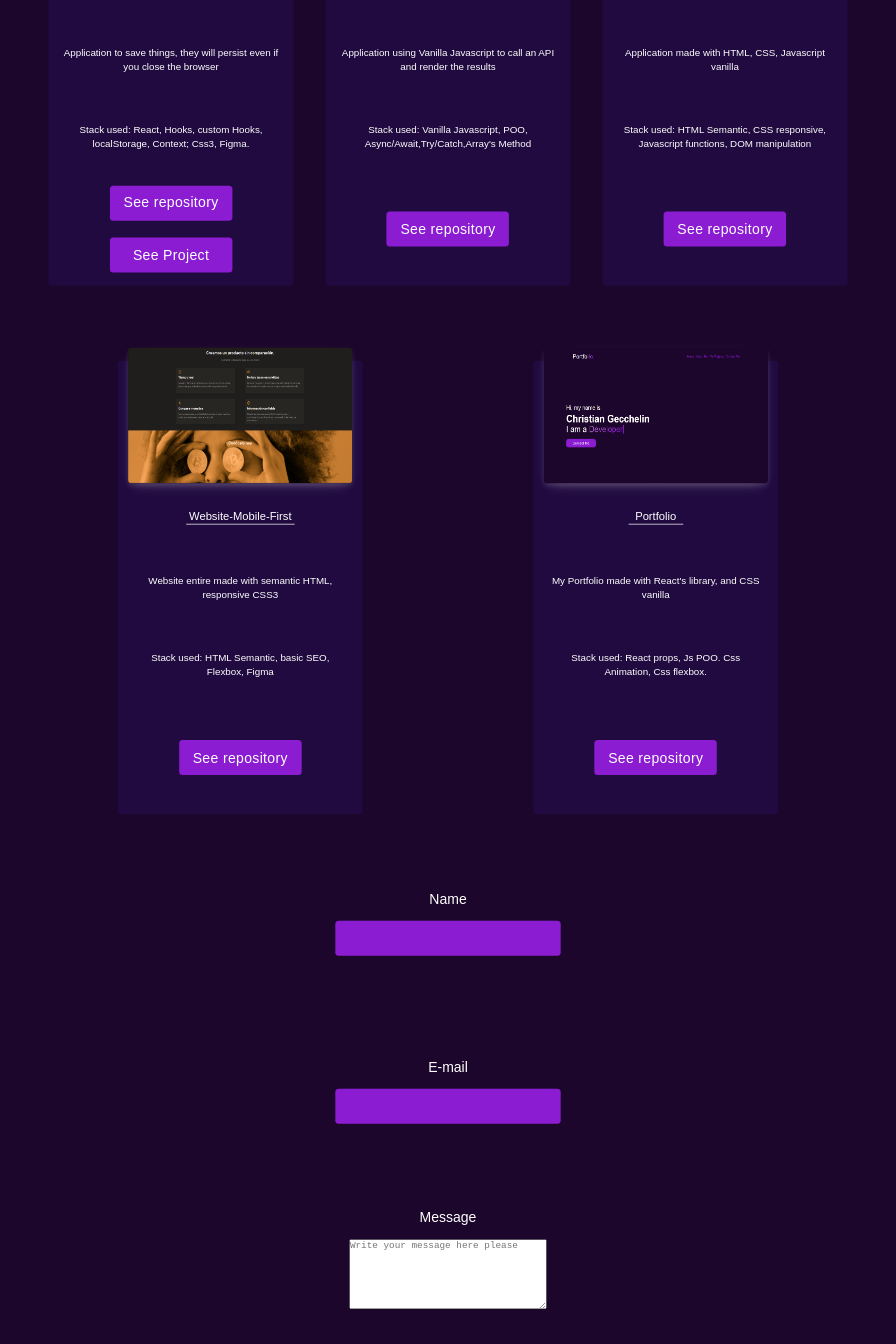
Repository: ChristianGecchelin/portfolio-web
Page: /
These files come from the project's save history. The page is drawn as it stood at one moment and after the next save; the edit follows.
The browser window is 1280 px wide. The pictures show the part of the page from y = 1715 to 3635 px (the page is 3635 px tall), at 70% of full size.
The project was rebuilt for these pictures with package versions that can differ from the ones it lists, and the page was loaded fresh each time.

Above is the page before, as saved 2022-01-22 17:21:59.

### public/index.html
<!DOCTYPE html>
<html lang="en">
  <head>
    <meta charset="utf-8" />
    <link rel="icon" href="%PUBLIC_URL%/favicon.ico" />
    <meta name="viewport" content="width=device-width, initial-scale=1" />
    <meta name="theme-color" content="#000000" />
    <meta name="description" content="Portfolio Online Christian Gecchelin" />
    <link rel="apple-touch-icon" href="%PUBLIC_URL%/logo192.png" />

    <link rel="manifest" href="%PUBLIC_URL%/manifest.json" />

    <title>Portfolio Christian</title>
  </head>
  <body>
    <noscript>You need to enable JavaScript to run this app.</noscript>
    <div id="root"></div>
  </body>
</html>

### src/index.js
import React from "react";
import ReactDOM from "react-dom";

import App from "./App/index";
import "./index.css";
ReactDOM.render(<App />, document.getElementById("root"));

### src/App/index.js
import { AppUI } from "./AppUI";
import "./App.css";

function App() {
  return <AppUI></AppUI>;
}

export default App;

### src/index.css
* {
  box-sizing: border-box;
  margin: 0;
  padding: 0;
}
html {
  font-size: 62.5%;
  font-family: "DM Sans", sans-serif;
}
body {
  background: #1d062b;
  width: 100%;
  height: 100vh;
}

### src/App/AppUI.js
import React from "react";
import { Header } from "../Header/Index.js";
import { Home } from "../Home/Index.js";
import { AboutMe } from "../AboutMe/index.js";
import { MyProjects } from "../MyProjects/index.js";
import { ContactMe } from "../ContactMe/index.js";
import "./App.css";

function AppUI() {
  return (
    <>
      <Header />
      <Home />
      <AboutMe />
      <MyProjects />
      <ContactMe />
    </>
  );
}
export { AppUI };

### src/Header/Index.js
import React from "react";
import { NavBar } from "./NavBar";
import "./header.css";

function Header() {
  return (
    <header>
      <h1>
        Portfo<span>lio.</span>
      </h1>
      <NavBar />
    </header>
  );
}
export { Header };

### src/Home/Index.js
import React from "react";
import "./Home.css";
function Home() {
  return (
    <section className="Home-container">
      <div className="text-container">
        <p className="first-lineText">Hi, my name is</p>
        <p className="principal-lineText">Christian Gecchelin</p>
        <p className="secondary-lineText">I am a</p>
        <div className="span-container">
          <span data-text="Developer">Developer </span>
        </div>
      </div>
      <button type="button" className="contact-button">
        Contact Me
      </button>
    </section>
  );
}
export { Home };

### src/AboutMe/index.js
import React from "react";
import "./AboutMe.css";
import profile from "../Assets/profile.jpg";
function AboutMe() {
  return (
    <section className="AboutMe-container">
      <div className="image-container">
        <img
          className="image"
          src={profile}
          alt="Christian Gecchelin"
          title="Christian Gecchelin"
        ></img>
      </div>
      <div className="information-container">
        <p className="">
          Hi I'm Christian, I am a <b>ReactJs</b> junior developer. You can see
          all my projects in the next slide. I have project based on frontEnd
          technologies like HTML5, CSS3, vanilla JavaScript and also ReactJs.
          I'm looking for my first professional experience as an employee.
        </p>
        <button>Curriculum</button>
      </div>
    </section>
  );
}
export { AboutMe };

### src/MyProjects/index.js
import React from "react";
import ToDoApp from "../Assets/to-do-app.png";
import Rick from "../Assets/rick.png";
import Calculator from "../Assets/calculator.png";
import Mobile from "../Assets/mobile.png";
import Portfolio from "../Assets/portfolio.png";
import "./MyProjects.css";
function MyProjects() {
  return (
    <section className="project-section">
      <div className="vh-container">
        <div className="project-card">
          <img
            className="card-image"
            src={ToDoApp}
            alt="ToDoAppImage"
            title="ToDoAppImage"
          ></img>
          <div className="card-text-container">
            <h3 className="card-title">To-Do-App</h3>
            <p className="card-text">
              Application to save things, they will persist even if you close
              the browser
            </p>
            <p className="card-text">
              Stack used: React, Hooks, custom Hooks, localStorage, Context;
              Css3, Figma.
            </p>
          </div>
          <div className="button-container">
            <button>See repository</button>
            <button>See Project</button>
            {/* Crear componentes botones */}
          </div>
        </div>
      </div>
      <div className="vh-container">
        <div className="project-card">
          <img
            className="card-image"
            src={Rick}
            alt="ToDoAppImage"
            title="ToDoAppImage"
          ></img>
          <div className="card-text-container">
            <h3 className="card-title xl">Rick And Morty</h3>
            <p className="card-text">
              Application using Vanilla Javascript to call an API and render the
              results
            </p>
            <p className="card-text">
              Stack used: Vanilla Javascript, POO, Async/Await,Try/Catch,Array's
              Method
            </p>
          </div>
          <div className="button-container">
            <button>See repository</button>
            {/* Crear componentes botones */}
          </div>
        </div>
      </div>
      <div className="vh-container">
        <div className="project-card">
          <img
            className="card-image"
            src={Calculator}
            alt="ToDoAppImage"
            title="ToDoAppImage"
          ></img>
          <div className="card-text-container">
            <h3 className="card-title">Calculator</h3>
            <p className="card-text">
              Application made with HTML, CSS, Javascript vanilla
            </p>
            <p className="card-text">
              Stack used: HTML Semantic, CSS responsive, Javascript functions,
              DOM manipulation
            </p>
          </div>
          <div className="button-container">
            <button>See repository</button>
            {/* Crear componentes botones */}
          </div>
        </div>
      </div>
      <div className="vh-container">
        <div className="project-card">
          <img
            className="card-image"
            src={Mobile}
            alt="ToDoAppImage"
            title="ToDoAppImage"
          ></img>
          <div className="card-text-container">
            <h3 className="card-title xl">Website-Mobile-First</h3>
            <p className="card-text">
              Website entire made with semantic HTML, responsive CSS3
            </p>
            <p className="card-text">
              Stack used: HTML Semantic, basic SEO, Flexbox, Figma
            </p>
          </div>
          <div className="button-container">
            <button>See repository</button>
            {/* Crear componentes botones */}
          </div>
        </div>
      </div>
      <div className="vh-container">
        <div className="project-card">
          <img
            className="card-image"
            src={Portfolio}
            alt="Portfolio"
            title="Portfolio"
          ></img>
          <div className="card-text-container">
            <h3 className="card-title">Portfolio</h3>
            <p className="card-text">
              My Portfolio made with React's library, and CSS vanilla
            </p>
            <p className="card-text">
              Stack used: React props, Js POO. Css Animation, Css flexbox.
            </p>
          </div>
          <div className="button-container">
            <button>See repository</button>
            {/* Crear componentes botones */}
          </div>
        </div>
      </div>
    </section>
  );
}
export { MyProjects };

### src/ContactMe/index.js
import React from "react";
import "./ContactMe.css";
function ContactMe() {
  return (
    <section className="ContactMe-container">
      <div className="form-container">
        <form>
          <div className="form-section-container">
            <label>Name</label>
            <input type={"text"}></input>
          </div>
          <div className="form-section-container">
            <label>E-mail</label>
            <input type={"email"}></input>
          </div>
          <div className="form-section-container">
            <label>Message</label>
            <textarea placeholder="Write your message here please"></textarea>
          </div>
        </form>
      </div>
      <div className="socialNetwork-container">
        <div className="card-container">
          <img></img>
        </div>
        <div className="card-container">
          <img></img>
        </div>
        <div className="card-container">
          <img></img>
        </div>
      </div>
    </section>
  );
}
export { ContactMe };

### src/Header/NavBar/index.js
import React from "react";
import { MobileNavigation } from "./MobileNavigation";
import { Navigation } from "./Navigation";
import "./NavBar.css";
function NavBar() {
  return (
    <div className="NavBar">
      <MobileNavigation />
      <Navigation />
    </div>
  );
}
export { NavBar };

### src/Header/header.css
header {
  display: flex;
  flex-direction: row;
  justify-content: space-around;
  align-items: center;
  gap: 5%;
  width: 100%;
  height: 15vh;
}
header h1 {
  margin: 0;
  width: 20%;
  min-width: 200px;
  font-size: 3.5rem;
  letter-spacing: 1px;
  font-weight: 500;
  color: #fff;
}
header h1 span {
  background: linear-gradient(147deg, #ce93d8 0%, #8c1cd1 74%);
  background-clip: text;
  color: transparent;
  font-weight: 500;
}
@media (max-width: 750px) {
  header {
    justify-content: center;
    gap: 0;
  }
}

### src/Home/Home.css
.Home-container {
  position: relative;
  display: flex;
  flex-direction: column;
  justify-content: center;
  align-items: flex-start;
  width: 80%;
  min-width: 280px;
  height: 85vh;
  margin: 0 auto;
  gap: 30px;
}
.Home-container .text-container {
  display: flex;
  flex-direction: row;
  align-items: flex-start;
  flex-wrap: wrap;
  width: 100%;
  height: auto;
  text-align: left;
}
.Home-container .text-container .first-lineText {
  width: 100%;
  font-size: 3.5rem;
  font-weight: 500;
  line-height: 6rem;
  color: #fff;
}
.Home-container .text-container .principal-lineText {
  width: 100%;
  font-size: 6rem;
  font-weight: 700;
  color: #fff;
}
.Home-container .text-container .secondary-lineText {
  font-size: 5rem;
  font-weight: 500;
  color: #fff;
  line-height: 5.2rem;
}
.span-container {
  position: relative;
  display: inline-block;
  margin-left: 15px;
  height: 52px;
}
.Home-container .text-container span {
  /* color: #1d062b;
  -webkit-text-stroke: 0.3vw yellow; */
  font-size: 5rem;
  font-weight: 500;
  line-height: 5.2rem;
  color: #1d062b;
}
.Home-container .text-container span::before {
  content: attr(data-text);
  position: absolute;
  top: 0;
  left: 0px;
  width: 0;
  height: 100%;
  padding-right: 3.9px;
  background: linear-gradient(147deg, #ce93d8 0%, #8c1cd1 74%);
  background-clip: text;
  color: transparent;
  border-right: 5px solid #8c1cd1;
  overflow: hidden;
  animation: animate 6s linear infinite;
}
.Home-container .contact-button {
  outline: none;
  width: 200px;
  height: 50px;
  background: #8c1cd1;
  border: none;
  border-radius: 15px;
  color: white;
  font-size: 2rem;
  letter-spacing: 1px;
  cursor: pointer;
}
@keyframes animate {
  0%,
  10%,
  100% {
    width: 0%;
  }
  70%,
  90% {
    width: 100%;
  }
}
@media (max-width: 769px) {
  .Home-container {
    align-items: center;
  }
  .Home-container .text-container {
    justify-content: center;
    text-align: center;
    align-items: center;
  }
}

### src/AboutMe/AboutMe.css
.AboutMe-container {
  display: flex;
  flex-direction: row;
  justify-content: center;
  align-items: center;
  flex-wrap: wrap;
  width: 90%;
  min-width: 300px;
  height: 100vh;
  margin: 0 auto;
}
.AboutMe-container .image-container {
  width: 50%;
  height: 50%;
  min-width: 320px;
}
.AboutMe-container .image-container .image {
  object-fit: cover;
  width: 100%;
  height: 100%;
}
.AboutMe-container .information-container {
  display: flex;
  flex-direction: column;
  justify-content: center;
  align-items: center;
  width: 50%;
  height: 50%;
  min-width: 320px;
  text-align: justify;
  gap: 30px;
}
.AboutMe-container .information-container p {
  font-size: 1.6rem;
  line-height: 2.2rem;
  font-weight: 400;
  color: #fff;
}
.AboutMe-container .information-container button {
  width: 200px;
  height: 50px;
  background: #8c1cd1;
  border: none;
  border-radius: 15px;
  color: white;
  font-size: 2rem;
  letter-spacing: 1px;
  cursor: pointer;
  margin: 0 auto;
}
@media (min-width: 700px) {
  .AboutMe-container {
    gap: 20px;
    flex-wrap: nowrap;
  }
  .AboutMe-container .image-container {
    width: 45%;
    height: 100%;
  }
  .AboutMe-container .information-container {
    height: 100%;
  }
}

### src/MyProjects/MyProjects.css
.project-section {
  display: flex;
  flex-direction: row;
  flex-wrap: wrap;
  align-items: center;
  justify-content: center;
  height: auto;
  min-width: 320px;
  margin: 0 auto;
}
.project-section .vh-container {
  display: flex;
  flex-direction: row;
  flex-wrap: wrap;
  align-items: center;
  justify-content: center;
  height: 100vh;
  min-width: 320px;
  margin: 0 auto;
}
.project-section .vh-container .project-card {
  position: relative;
  display: flex;
  flex-direction: column;
  justify-content: flex-start;
  align-items: center;
  max-width: 350px;
  min-width: 320px;
  height: 100vh;
  background: rgba(49, 27, 146, 0.2);
  text-align: center;
  gap: 5%;
}
.project-section .vh-container .project-card .card-image {
  width: 320px;
  height: 30%;
  object-fit: fill;
  box-shadow: 0px 8px 18px -9px rgba(255, 255, 255, 0.3),
    0px 4px 8px rgba(255, 255, 255, 0.1);
}
.project-section .vh-container .project-card .card-text-container {
  display: flex;
  flex-direction: column;
  align-items: center;
  justify-content: center;
  gap: 70px;
  height: 35%;
}
.project-section .vh-container .project-card .card-text-container .card-title {
  width: 25%;
  margin: 0 auto;
  font-size: 1.6rem;
  line-height: 2rem;
  font-weight: 500;
  color: #fff;
  border-bottom: 1px solid white;
}
.project-section .vh-container .project-card .card-text-container .xl {
  width: 50%;
}
.project-section .vh-container .project-card .card-text-container .card-text {
  font-size: 1.4rem;
  line-height: 2rem;
  font-weight: 400;
  color: #fff;
}

.project-section .vh-container .project-card .button-container {
  display: flex;
  flex-direction: column;
  align-items: center;
  justify-content: center;
  width: 100%;
  height: 25%;
  gap: 15%;
}
.project-section .vh-container .project-card .button-container button {
  height: 50px;
  width: 50%;
  min-width: 175px;
  padding: 5px 10px;
  outline: none;
  border: none;
  border-radius: 5px;
  color: #fff;
  background: #8c1cd1;
  font-size: 2rem;
  letter-spacing: 0.5px;
  cursor: pointer;
}
@media (min-width: 700px) {
  .project-section {
    justify-content: space-around;
    width: 90%;
    gap: 35px;
  }
  .project-section .vh-container .project-card {
    height: 90%;
    position: relative;
    justify-content: flex-end;
    border-radius: 5px;
  }
  .project-section .vh-container .project-card .card-image {
    position: absolute;
    top: calc(-3%);
    border-radius: 5px;
  }
  .project-section .vh-container .project-card .card-text-container {
    height: 241px;
    padding: 0 20px;
  }
}

### src/ContactMe/ContactMe.css
.ContactMe-container {
  display: flex;
  flex-direction: row;
  flex-wrap: wrap;
  align-items: center;
  justify-content: center;
  height: 100vh;
  width: 100%;
  min-width: 320px;
}
.ContactMe-container .form-container {
  height: 100vh;
  min-width: 320px;
  width: 45%;
  text-align: center;
}
.ContactMe-container .form-container form {
  display: flex;
  flex-direction: column;
  align-items: center;
  justify-content: space-around;
  width: 100%;
  height: 100%;
}
.ContactMe-container .form-container form .form-section-container {
  display: flex;
  flex-direction: column;
  align-items: center;
  justify-content: center;
  width: 70%;
  height: 25%;
  gap: 20px;
}
.ContactMe-container .form-container form label {
  color: #fff;
  font-size: 2rem;
  line-height: 2.2rem;
}
.ContactMe-container .form-container form input {
  height: 50px;
  width: 80%;
  border: none;
  outline: none;
  border-radius: 5px;
  background: #8c1cd1;
  padding: 5px;
  color: #fff;
}
.ContactMe-container .form-container form textarea {
  height: 100px;
  width: 70%;
}

### src/Header/NavBar/MobileNavigation.js
import React, { useState } from "react";
import "./NavBar.css";
import { NavLinks } from "./NavLinks";
import { TiThMenu } from "react-icons/ti";
function MobileNavigation() {
  const [open, setOpen] = useState(false);
  const closeMobileMenu = () => setOpen(false);
  return (
    <nav className="MobileNavigation">
      <TiThMenu className="hamburguer" onClick={() => setOpen(!open)} />
      {open && <NavLinks isMobile={true} closeMobileMenu={closeMobileMenu} />}
    </nav>
  );
}
export { MobileNavigation };

### src/Header/NavBar/Navigation.js
import React from "react";
import "./NavBar.css";
import { NavLinks } from "./NavLinks";
function Navigation() {
  return (
    <nav className="Navigation">
      <NavLinks />
    </nav>
  );
}
export { Navigation };

### src/Header/NavBar/NavBar.css
.NavBar .MobileNavigation {
  display: none;
}
.NavBar .Navigation {
  display: flex;
  align-items: center;
}
.NavBar nav ul {
  display: flex;
  flex-direction: row;
  justify-content: flex-end;
  gap: 15px;
  text-align: center;
  list-style: none;
}
.NavBar nav ul li a {
  font-size: 1.8rem;
  font-weight: 500;
  line-height: 2rem;
  text-decoration: none;
  color: #8c1cd1;
}
a:visited {
  color: #8c1cd1;
}
.NavBar nav ul li a:hover {
  color: #fff;
}
@media (max-width: 750px) {
  .NavBar .Navigation {
    display: none;
  }
  .NavBar .MobileNavigation {
    display: flex;
    align-items: center;
  }
  .NavBar .MobileNavigation .hamburguer {
    position: absolute;
    color: #fff;
    height: 2rem;
    width: 2rem;
    cursor: pointer;
    z-index: 2;
  }
  .NavBar nav ul {
    display: flex;
    flex-direction: column;
    justify-content: center;
    gap: 10px;
    position: absolute;
    margin: 0;
    top: 0;
    right: 0;
    width: 100%;
    height: 100vh;
    background: rgba(0, 0, 0, 0.95);
    text-align: center;
    z-index: 1;
  }
  .NavBar nav ul li a {
    font-size: 2.4rem;
    font-weight: 500;
    line-height: 2.5rem;
    text-decoration: none;
    letter-spacing: 1px;
  }
  a:visited {
    color: #8c1cd1;
  }
}

### src/Header/NavBar/NavLinks.js
import React from "react";
import "./NavBar.css";
import { motion } from "framer-motion";
function NavLinks(props) {
  const animateFrom = { opacity: 0, y: -40 };
  const animateTo = { opacity: 1, y: 0 };
  return (
    <ul>
      <motion.li
        initial={animateFrom}
        animate={animateTo}
        transition={{ delay: 0.05 }}
        onClick={() => props.isMobile && props.closeMobileMenu()}
      >
        <a href="#home">Home</a>
      </motion.li>
      <motion.li
        initial={animateFrom}
        animate={animateTo}
        transition={{ delay: 0.1 }}
        onClick={() => props.isMobile && props.closeMobileMenu()}
      >
        <a href="#aboutMe">About Me</a>
      </motion.li>
      <motion.li
        initial={animateFrom}
        animate={animateTo}
        transition={{ delay: 0.2 }}
        onClick={() => props.isMobile && props.closeMobileMenu()}
      >
        <a href="#myProjects">My Projects</a>
      </motion.li>
      <motion.li
        initial={animateFrom}
        animate={animateTo}
        transition={{ delay: 0.3 }}
        onClick={() => props.isMobile && props.closeMobileMenu()}
      >
        <a href="#contactMe">Contact Me</a>
      </motion.li>
    </ul>
  );
}
export { NavLinks };

Loaded but not shown: src/App/App.css (common file)

After the next save:
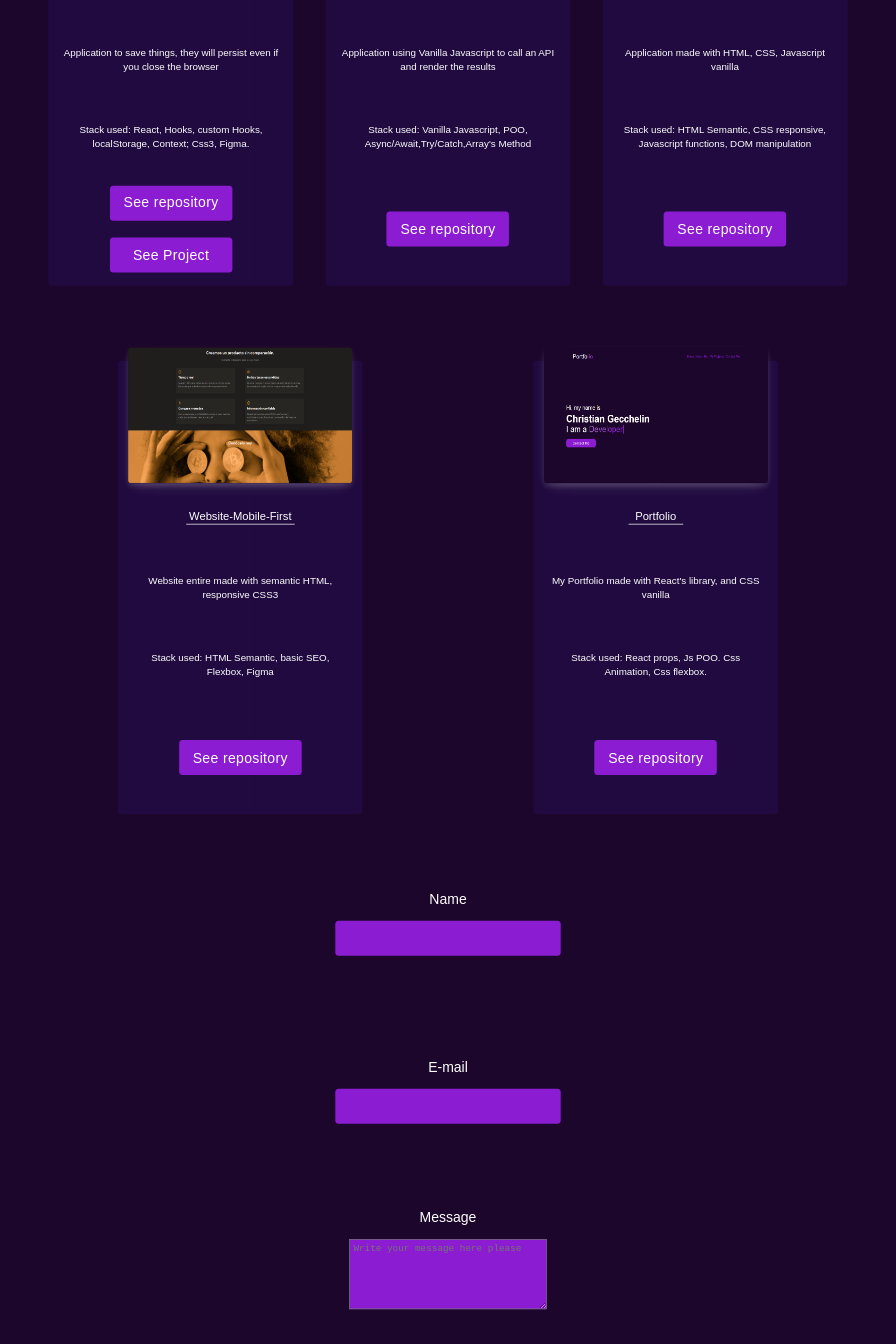
Saved 44 s later.
--- a/src/ContactMe/ContactMe.css
+++ b/src/ContactMe/ContactMe.css
@@ -49,4 +49,7 @@
 .ContactMe-container .form-container form textarea {
   height: 100px;
   width: 70%;
+  background: #8c1cd1;
+  padding: 5px;
+  color: #fff;
 }
